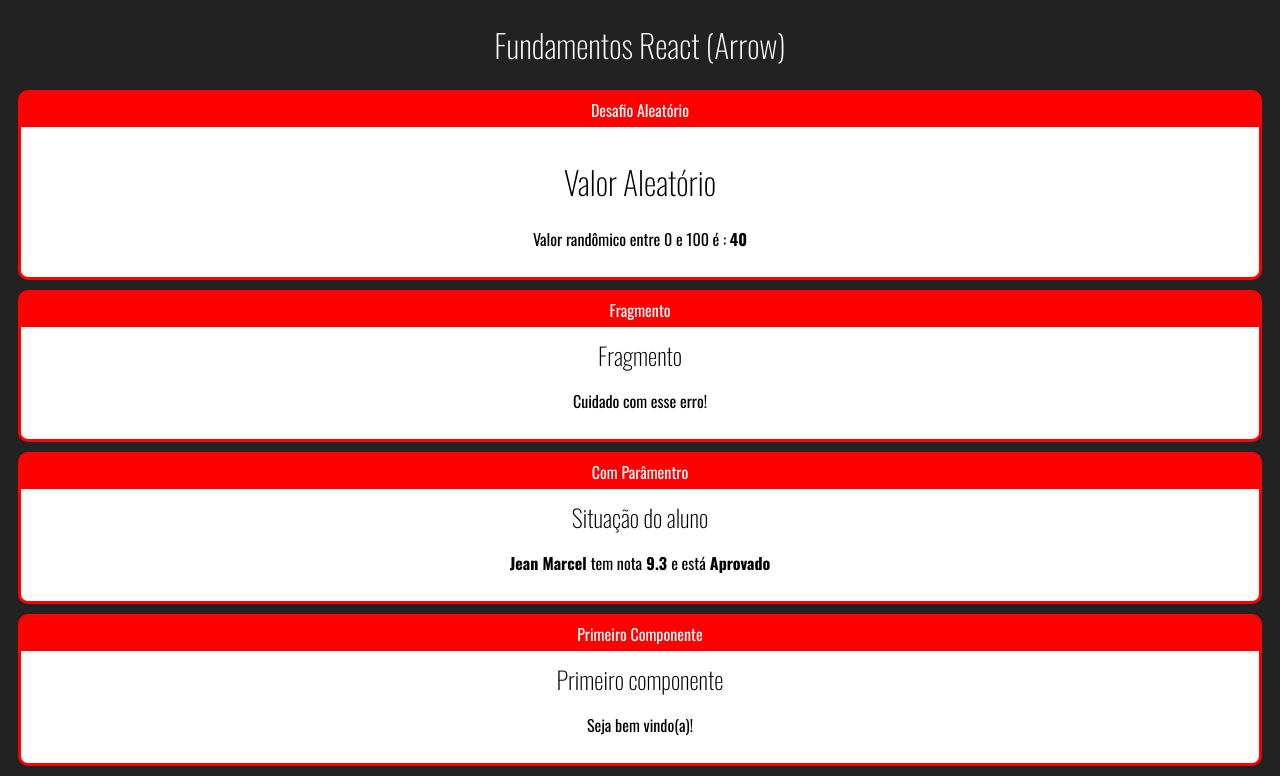
Repository: jean-siqueira/fundamentos-react
Page: /
These files come from the project's save history. The page is drawn as it stood at one moment and after the next save; the edit follows.
The browser window is 1280 px wide. The pictures show the whole page.
The project was rebuilt for these pictures with package versions that can differ from the ones it lists, and the page was loaded fresh each time.

Above is the page before, as saved 2023-03-04 12:15:01.

### public/index.html
<!DOCTYPE html>
<html lang="en">
  <head>
    <meta charset="utf-8" />
    <link rel="icon" href="%PUBLIC_URL%/favicon.ico" />
    <meta name="viewport" content="width=device-width, initial-scale=1" />
    <meta name="theme-color" content="#000000" />
    <meta
      name="description"
      content="Web site created using create-react-app"
    />
    <link rel="apple-touch-icon" href="%PUBLIC_URL%/logo192.png" />
    <link rel="manifest" href="%PUBLIC_URL%/manifest.json" />
    <link rel="preconnect" href="https://fonts.googleapis.com">
<link rel="preconnect" href="https://fonts.gstatic.com" crossorigin>
<link href="https://fonts.googleapis.com/css2?family=Oswald:wght@200;300;400;500;600;700&display=swap" rel="stylesheet">
    <title>React App</title>
  </head>
  <body>
    <noscript>You need to enable JavaScript to run this app.</noscript>
    <div id="root"></div>
  </body>
</html>

### src/index.js
import "./index.css";
import ReactDOM from "react-dom";
import React from "react";

import App from "./App";

const tag = <strong>Olá React</strong>;

ReactDOM.render(<App />, document.getElementById("root"));

### src/index.css
body {
    font-family: Oswald;
    background-color: #222;
    color: #fff;
    text-align: center;
}

h1, h2, h3 {
    font-weight: 200;
}

h2, h3 {
    margin: 0;
}

### src/App.jsx
import React from "react";

import Card from "./components/layout/Card";
import Primeiro from "./components/basicos/Primeiro";
import ComParametro from "./components/basicos/ComParametro";
import Fragmento from "./components/basicos/Fragmento";
import Aleatorio from "./components/basicos/Aleatorio";

export default (_) => (
  <div id="app">
    <h1>Fundamentos React (Arrow)</h1>

    <Card titulo="Desafio Aleatório">
      <Aleatorio min={0} max={100} />
    </Card>

    <Card titulo="Fragmento">
      <Fragmento />
    </Card>

    <Card titulo="Com Parâmentro">
      <ComParametro titulo="Situação do aluno" aluno="Jean Marcel" nota={9.3} />
    </Card>

    <Card titulo="Primeiro Componente">
      <Primeiro></Primeiro>
    </Card>
  </div>
);

### src/components/layout/Card.jsx
import React from "react";
import "./Card.css";

export default (props) => {
  return (
    <div className="Card">
      <div className="Title">{props.titulo}</div>
      <div className="Content">{props.children}</div>
    </div>
  );
};

### src/components/basicos/Primeiro.js

import React from "react"

export default function Primeiro() {

    const msg = 'Seja bem vindo(a)!'

    return (
        <div>
            <h2>Primeiro componente</h2>
            <p>  {msg} </p>
        </div>
    )

}

### src/components/basicos/ComParametro.jsx
import React from "react";

export default function ComParametro(props) {
  const status = props.nota >= 7 ? "Aprovado" : "Recuperação";
  return (
    <div>
      <h2>{props.titulo}</h2>
      <p>
        <strong>{props.aluno} </strong>
        tem nota
        <strong> {props.nota} </strong>e está
        <strong> {status}</strong>
      </p>
    </div>
  );
}

### src/components/basicos/Fragmento.jsx
import React from "react";

export default function Fragmento(props) {
  return (
    <>
      <h2>Fragmento</h2>
      <p>Cuidado com esse erro!</p>
    </>
  );
}

### src/components/basicos/Aleatorio.jsx
import React from "react";

export default (props) => {
  const { min, max } = props;

  const valorRandomico = parseInt(Math.random() * (max - min)) + min;

  return (
    <div>
      <h1>Valor Aleatório</h1>
      <p>
        Valor randômico entre {min} e {max} é :{" "}
        <strong>{valorRandomico}</strong>
      </p>
    </div>
  );
};

### src/components/layout/Card.css
.Card {
  background-color: red;
  border-radius: 10px;
  overflow: hidden;
  border: 3px solid red;
  margin: 10px;
}

.Card .Title {
  padding: 5px 0px;
  display: flex;
  justify-content: center;
}

.Card .Content {
  background-color: #fff;
  color: #000;
  padding: 10px;
}

After the next save:
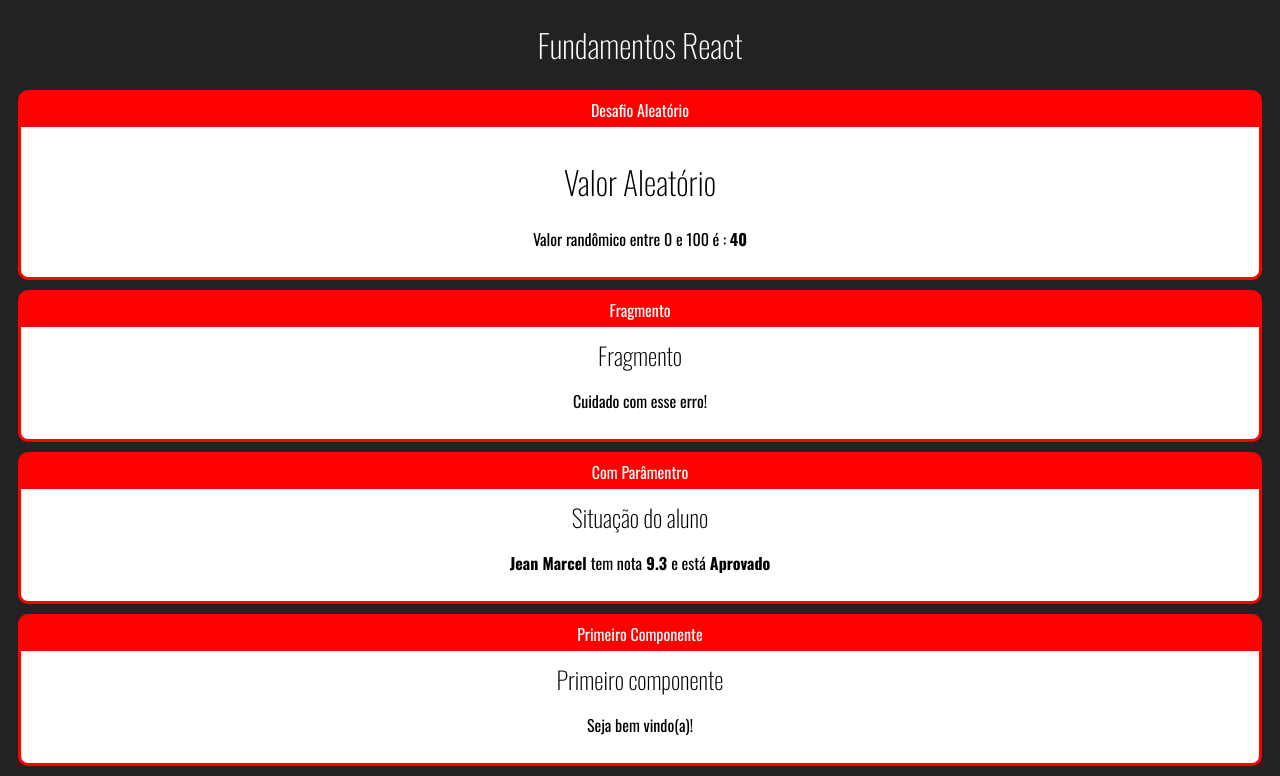
Saved 18 s later.
--- a/src/App.jsx
+++ b/src/App.jsx
@@ -8,7 +8,7 @@ import Aleatorio from "./components/basicos/Aleatorio";
 
 export default (_) => (
   <div id="app">
-    <h1>Fundamentos React (Arrow)</h1>
+    <h1>Fundamentos React</h1>
 
     <Card titulo="Desafio Aleatório">
       <Aleatorio min={0} max={100} />
